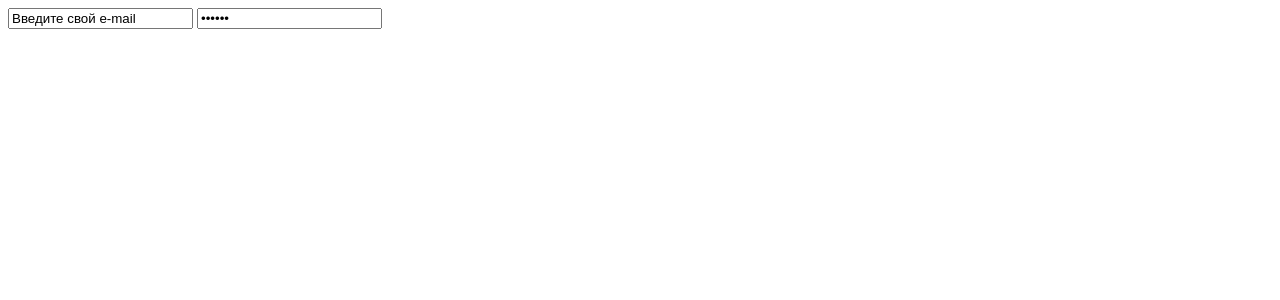
Repository: ennjamusic/projects
Page: mail-registration/src/main/webapp/add.html
These files come from the project's save history. The page is drawn as it stood at one moment and after the next save; the edit follows.
The browser window is 1280 px wide. The pictures show the whole page.

Above is the page before, as saved 2017-07-19 06:13:09.

### mail-registration/src/main/webapp/add.html
<!DOCTYPE html>
<html>
	<head>
		<meta charset="UTF-8">
		<title>Insert title here</title>
	</head>
	<body>
		<div class="main_wrapper">
			<input type="text" class="name" value="Введите свой e-mail"/>
			<input type="password" class="pass" value="Пароль"/>
		</div>
	</body>
</html>

After the next save:
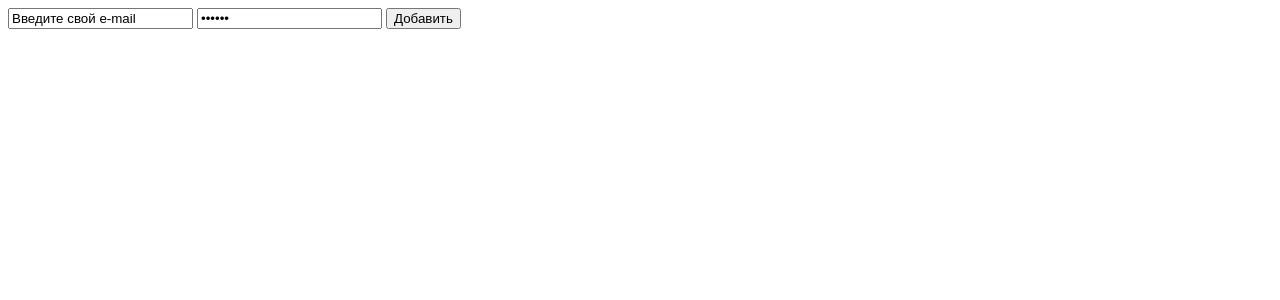
Saved 16 s later.
--- a/mail-registration/src/main/webapp/add.html
+++ b/mail-registration/src/main/webapp/add.html
@@ -8,6 +8,7 @@
 		<div class="main_wrapper">
 			<input type="text" class="name" value="Введите свой e-mail"/>
 			<input type="password" class="pass" value="Пароль"/>
+			<button class="button">Добавить</button>
 		</div>
 	</body>
 </html>
